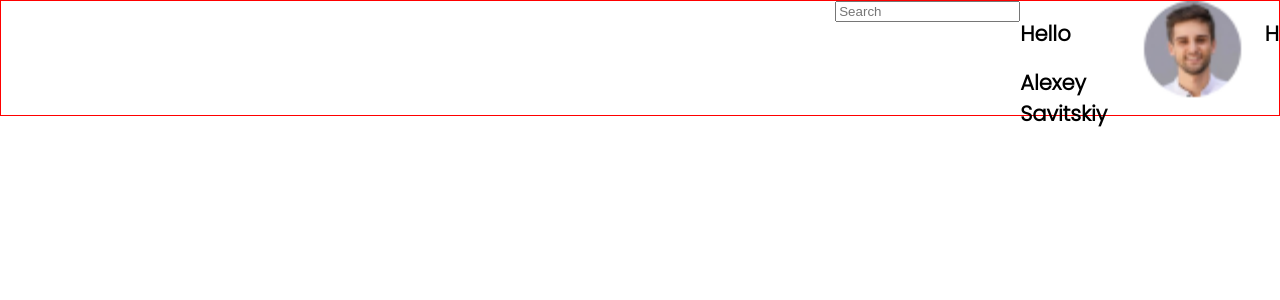
Repository: Anuruddha00/dashboard-design
Page: /
These files come from the project's save history. The page is drawn as it stood at one moment and after the next save; the edit follows.
The browser window is 1280 px wide. The pictures show the whole page.
The project was rebuilt for these pictures with package versions that can differ from the ones it lists, and the page was loaded fresh each time.

Above is the page before, as saved 2021-05-06 22:40:16.

### public/index.html
<!DOCTYPE html>
<html lang="en">
  <head>
    <meta charset="utf-8" />
    <link rel="icon" href="%PUBLIC_URL%/favicon.ico" />
    <meta name="viewport" content="width=device-width, initial-scale=1" />
    <meta name="theme-color" content="#000000" />
    <meta
      name="description"
      content="Web site created using create-react-app"
    />
    <link rel="apple-touch-icon" href="%PUBLIC_URL%/logo192.png" />

    <link rel="preconnect" href="https://fonts.gstatic.com">
    <link href="https://fonts.googleapis.com/css2?family=Poppins:wght@300&display=swap" rel="stylesheet">

    <!--
      manifest.json provides metadata used when your web app is installed on a
      user's mobile device or desktop. See https://developers.google.com/web/fundamentals/web-app-manifest/
    -->
    <link rel="manifest" href="%PUBLIC_URL%/manifest.json" />
    <!--
      Notice the use of %PUBLIC_URL% in the tags above.
      It will be replaced with the URL of the `public` folder during the build.
      Only files inside the `public` folder can be referenced from the HTML.

      Unlike "/favicon.ico" or "favicon.ico", "%PUBLIC_URL%/favicon.ico" will
      work correctly both with client-side routing and a non-root public URL.
      Learn how to configure a non-root public URL by running `npm run build`.
    -->
    <title>React App</title>
  </head>
  <body>
    <noscript>You need to enable JavaScript to run this app.</noscript>
    <div id="root"></div>
    <!--
      This HTML file is a template.
      If you open it directly in the browser, you will see an empty page.

      You can add webfonts, meta tags, or analytics to this file.
      The build step will place the bundled scripts into the <body> tag.

      To begin the development, run `npm start` or `yarn start`.
      To create a production bundle, use `npm run build` or `yarn build`.
    -->
  </body>
</html>

### src/index.js
import React from 'react';
import ReactDOM from 'react-dom';
import Dashboard from './containers/Dashboard/Dashboard';
import reportWebVitals from './reportWebVitals';

ReactDOM.render(
  <React.StrictMode>
    <Dashboard />
  </React.StrictMode>,
  document.getElementById('root')
);

// If you want to start measuring performance in your app, pass a function
// to log results (for example: reportWebVitals(console.log))
// or send to an analytics endpoint. Learn more: https://bit.ly/CRA-vitals
reportWebVitals();

### src/containers/Dashboard/Dashboard.js
import React from 'react';
import './Dashboard.scss';

const dashboard = () =>{

    return(
        <div className='container'>
            <div className='dashboard'>
                <nav className ='dashboardNavBar'>
                    <div className='dashboardNavBarContent'>
                        <div className='dashboardNavBarContentSearch'>
                            <form className='dashboardNavBarContentSearchField'>
                                <input type='text' placeholder='Search'/>
                            </form>
                        </div>
                        <div className='dashboardNavBarContentProfile'>
                            <div className='dashboardNavBarContentProfileName'>
                                <h2>Hello</h2>
                                <h2>Alexey Savitskiy</h2>
                            </div>
                            <img src='./assets/Image 9.png'/>
                            <h1>H</h1>
                        </div>
                    </div>
                </nav>


            </div>
        </div>
    )

}
export default dashboard;

### src/containers/Dashboard/Dashboard.scss

body{
    margin: 0;
    padding: 0;
    font-size: 0.875rem;
    font-family: 'Poppins', sans-serif;
}

.container{

    .dashboard{


        &NavBar{
            display: flex;
            justify-content: end;
            border: 1px solid red;

            &Content{
                display: flex;


                &Search{

                    &Field{

                    }
                }
                &Profile{

                    &Name{

                    }
                    display: flex;
                    gap: 1em;
                }
            }
        }
    }
}

Loaded but not shown: src/reportWebVitals.js (common file)

After the next save:
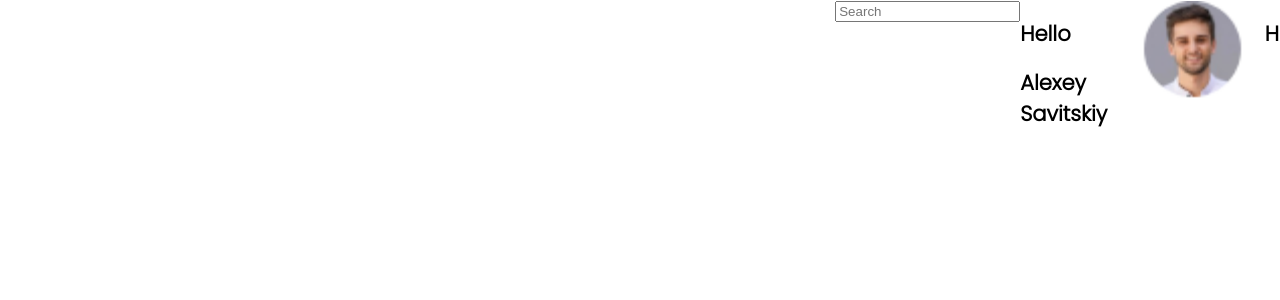
Saved 41 s later.
--- a/src/containers/Dashboard/Dashboard.scss
+++ b/src/containers/Dashboard/Dashboard.scss
@@ -14,7 +14,8 @@ body{
         &NavBar{
             display: flex;
             justify-content: end;
-            border: 1px solid red;
+            border: 1px solid #ffffff;
+            background:#ffffff;
 
             &Content{
                 display: flex;
